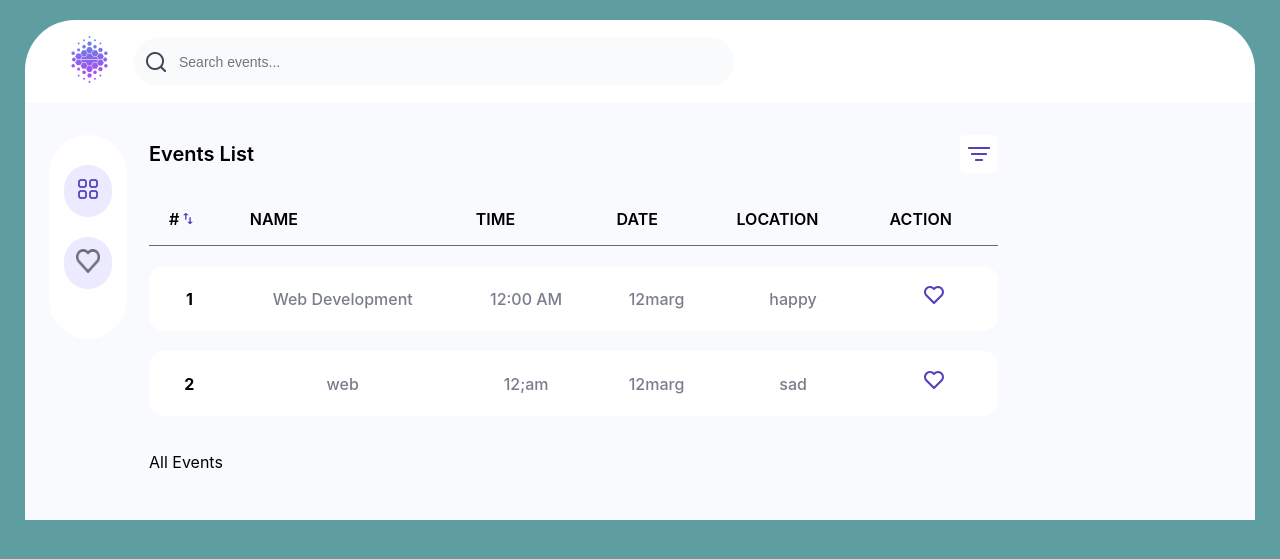
Repository: ahmadunitedsol710/react-dashboard
Page: /
The author's editor kept a copy of each file at every save. The page is drawn from the files as they stood at one save, then again after the next save.
The browser window is 1280 px wide. The pictures show the whole page.
The project was rebuilt for these pictures with package versions that can differ from the ones it lists, and the page was loaded fresh each time.

Above is the page before, as saved 2024-07-30 11:36:55.

### src/App.js
// import {BrowserRouter as Router, Routes, Route} from 'react-router-dom';
import Header from './Components/Header/index';
import Events from './Components/Body/events'
import './App.css';

function App() {
  return (
    <div className="App container">
    {/* <Router>
      <Routes>
          <Route path="/" exact element={<Header/>}/>
      </Routes>
    </Router> */}
    <Header/>
    <Events/>
    </div>
  );
}

export default App;

### src/Components/Header/index.js
import '../../App.css';
import logo from '../../Images/logo.png'

const Index = () => {

    return (
        <>
            <div className="header">
                <div className="logo">
                    <img src={logo} alt="logo" />
                </div>
                <div className="search_box">
                    <input type="search"  name="search" placeholder='Search events...' className='srch'/>
                </div>
            </div>
        </>
    )
}

export default Index;

### src/Components/Body/events.js
import '../../App.css';
import Sidebar from './sidebar';
import List from './eventlist';

const Index = () => {

    return (
        <>
            <div className="events">
             <Sidebar/>
             <List/>
            </div>
        </>
    )
}

export default Index;

### src/App.css
body {
  background-color: cadetblue;
}

.container {
  max-width: 1440px;
  margin: 20px auto;
  padding: 0 25px;
  box-sizing: border-box;
}

.App-logo {
  height: 40vmin;
  pointer-events: none;
}

@media (prefers-reduced-motion: no-preference) {
  .App-logo {
    animation: App-logo-spin infinite 20s linear;
  }
}

.App-header {
  background-color: #282c34;
  min-height: 100vh;
  display: flex;
  flex-direction: column;
  align-items: center;
  justify-content: center;
  font-size: calc(10px + 2vmin);
  color: white;
}

.App-link {
  color: #61dafb;
}

@keyframes App-logo-spin {
  from {
    transform: rotate(0deg);
  }
  to {
    transform: rotate(360deg);
  }
}


/* Header */
.header { display: flex; justify-content: center; align-items: center; gap: 20px; background-color: #ffffff; padding: 15px 40px; border-radius: 50px 50px 0 0; }

.header .search_box { position: relative; width: 100%; }

.header .search_box .srch { background-image: url(./Images/Search.png); background-repeat: no-repeat; background-color: #F9FAFC; background-position: 10px center; border: none; padding: 13px 45px; width: 600px; border-radius: 50px; font-size: 14px; font-weight: 400; color: #3D4756; line-height: 22px; }


/* Events */
.events {
  background-color: #f9fafe;
  padding: 32px 24px;
  box-sizing: border-box;
  display: flex;
  gap: 22px;
  align-items: flex-start;
}

/* Sidebar */
.sidebar {
  display: flex;
  flex-direction: column;
  background-color: #ffffff;
  width: max-content;
  padding: 30px 15px;
  box-sizing: border-box;
  border-radius: 40px;
}

.image {
  background-color: #ECEAFF;
  margin-bottom: 20px;
  border-radius: 25px;
}

.sidebar_img {
  width: 24px;
  height: 24px;
  padding: 12px;
}

/* Event list */
.main {
  display: flex;
  justify-content: space-between;
  align-items: center;
}

.main .heading {
  font-size: 20px;
  font-weight: 600;
  line-height: 30px;
  margin: 0;
}

.main .filter {
  background-color: #ffffff;
  padding: 5px;
  border-radius: 5px;
  box-sizing: border-box;
}

table {
  border-collapse: separate;
  border-spacing: 0 20px;
  width: 849px;
}

th {
  text-align: left;
  font-size: 16px;
  font-weight: 600;
  line-height: 22px;
  padding: 15px 20px;
  box-sizing: border-box;
  border-bottom: 1px solid #6a6a6a;
}

.index {
  font-size: 16px;
  font-weight: bolder;
  line-height: 24px;
}

.body_row td {
  background-color: #ffffff;
  padding: 20px;
  text-align: center;
}

.body_row td:first-child {
  border-radius: 15px 0 0 15px;
}

.body_row td:last-child {
  border-radius: 0 15px 15px 0;
}

.body_row .details {
  font-size: 16px;
  font-weight: 500;
  line-height: 24px;
  color: #797d8c;
}

### src/Components/Body/sidebar.js
import '../../App.css';
import grid from '../../Images/grid.png';
import favourite from '../../Images/fav.png'

const sidebar = () => {

    return (
        <>
            <div className="sidebar">
                <div className="image">
                    <img src={grid} alt="grid" className='sidebar_img'/>
                </div>
                <div className="image">
                    <img src={favourite} alt="favourite" className='sidebar_img'/>
                </div>
            </div>
        </>
    )
}

export default sidebar;

### src/Components/Body/eventlist.js
import '../../App.css';
import swap from '../../Images/swap.png';
import emptyfav from '../../Images/empty_fav.png'
import fillfav from '../../Images/fill_fav.png'
import filter from '../../Images/filter.png'

const Eventlist = () => {
       const tabledata = [


    {id:1,name:"Web Development",time:'12:00 AM',date:"12marg",location:"happy"},
    {id:2,name:"web",time:'12;am',date:"12marg",location:"sad"}
       ]
    return (
        <>
            <div className="event_details">
                <div className="evenlist">
                    <div className="main">
                        <h2 className='heading'>Events List</h2>
                        <img src={filter} alt="filter" className='filter' />
                    </div>
                    <table className="table">
                        <thead className='table_head'>
                            <tr>
                                <th># <img src={swap} alt="swap" /> </th>
                                <th>NAME</th>
                                <th>TIME</th>
                                <th>DATE</th>
                                <th>LOCATION</th>
                                <th>ACTION</th>
                            </tr>
                        </thead>
                        <tbody>
                            {tabledata.map((data)=>(
                                <tr className='body_row'>
                                <td className='index' data-label="index">{data.id}</td>
                                <td className='details' data-label="name">{data.name}</td>
                                <td className='details' data-label="time">{data.time}</td>
                                <td className='details' data-label="date">{data.date}</td>
                                <td className='details' data-label="location">{data.location}</td>
                                <td className='details' data-label="location"> <img src={emptyfav} alt="emptyfav" /> </td>
                            </tr>
                            ))}
                        </tbody>
                    </table>
                </div>

                <div className="cards">
                    <div className="all_events">
                        <p className='title'>All Events</p>

                    </div>
                    <div className="this_month"></div>
                    <div className="fav_events"></div>
                </div>
            </div>
        </>
    )
}

export default Eventlist;

Loaded but not shown: public/index.html (common file); src/index.js (common file); src/index.css (common file); src/reportWebVitals.js (common file)

After the next save:
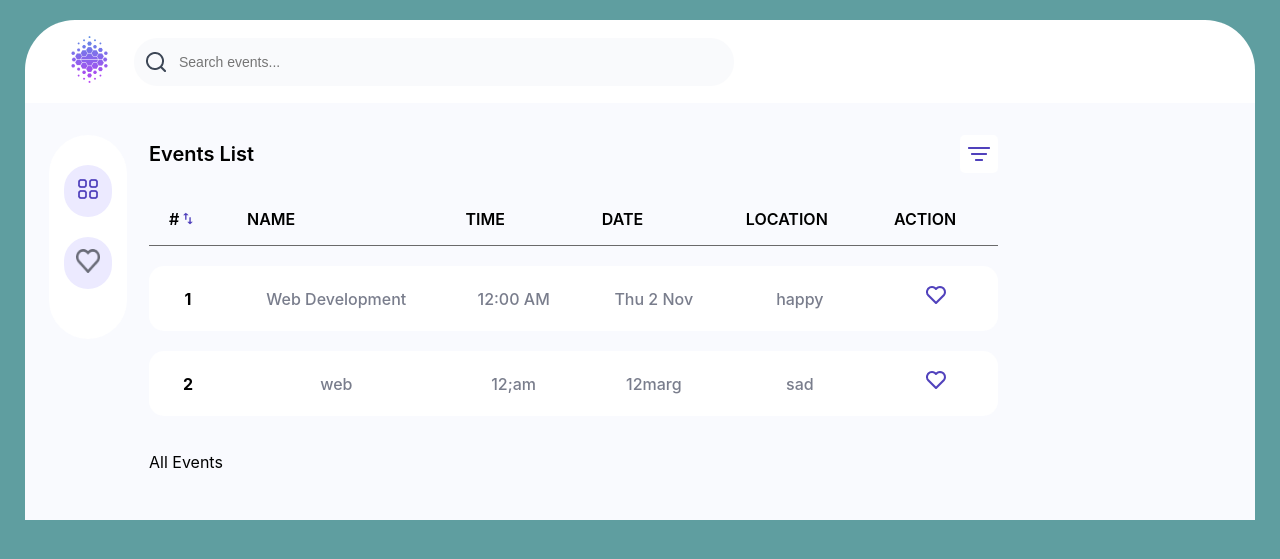
Saved 7 s later.
--- a/src/Components/Body/eventlist.js
+++ b/src/Components/Body/eventlist.js
@@ -8,7 +8,7 @@ const Eventlist = () => {
        const tabledata = [
 
 
-    {id:1,name:"Web Development",time:'12:00 AM',date:"12marg",location:"happy"},
+    {id:1,name:"Web Development",time:'12:00 AM',date:"Thu 2 Nov",location:"happy"},
     {id:2,name:"web",time:'12;am',date:"12marg",location:"sad"}
        ]
     return (
